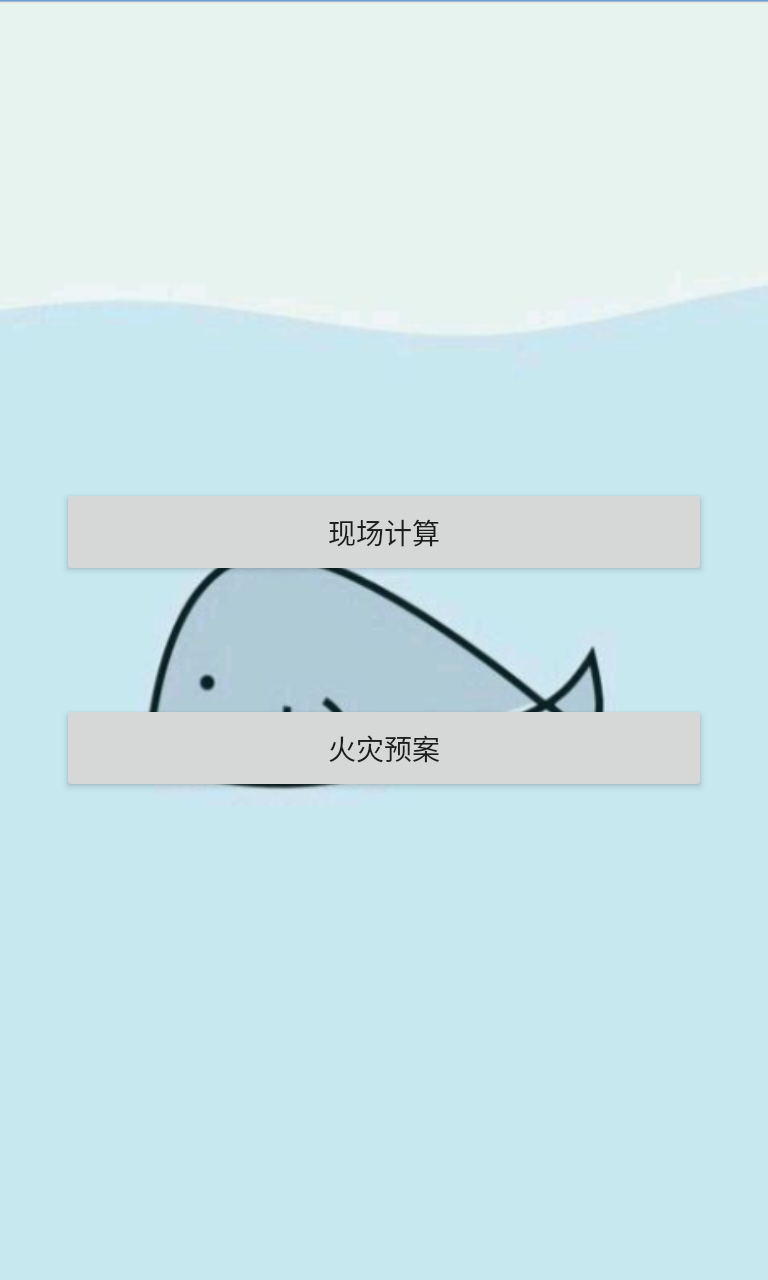
Repository: hohoTT/fireWork_handle_app
Layout: fireWork_handle_app/res/layout/activity_main.xml
These files come from the project's save history. The layout is drawn as it stood at one moment and after the next save; the edit follows.
It is drawn on a 768 x 1280 px phone screen (xhdpi) without system bars, with theme AppTheme; the app's code is not run.

Above is the layout before, as saved 2016-03-06 10:54:25.

After the next save:
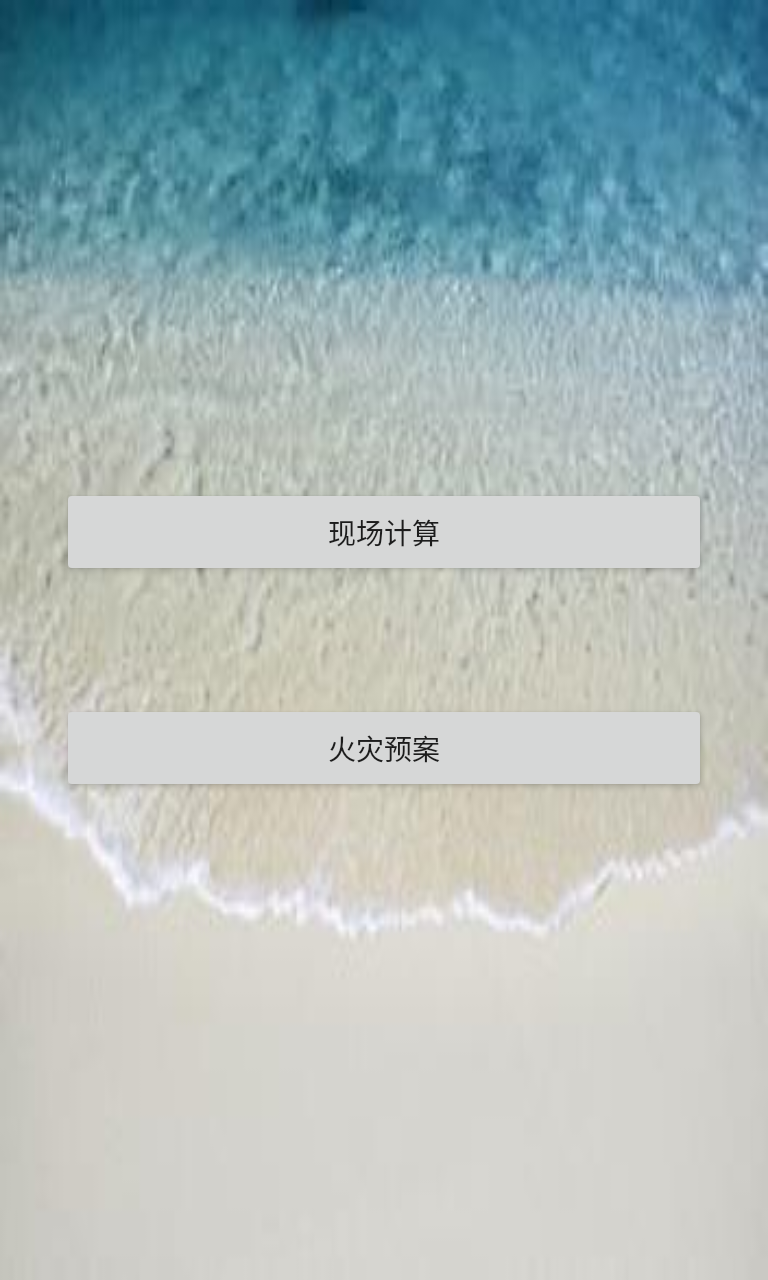
Saved 64 s later.
--- a/fireWork_handle_app/res/layout/activity_main.xml
+++ b/fireWork_handle_app/res/layout/activity_main.xml
@@ -4,7 +4,7 @@
     android:layout_height="match_parent"
     android:gravity="center_vertical"
     android:orientation="vertical"
-    android:background="@drawable/bg1" >
+    android:background="@drawable/bg2" >
 
 	<Button
 	    android:id="@+id/btu_fire_calculate"

After the save that followed:
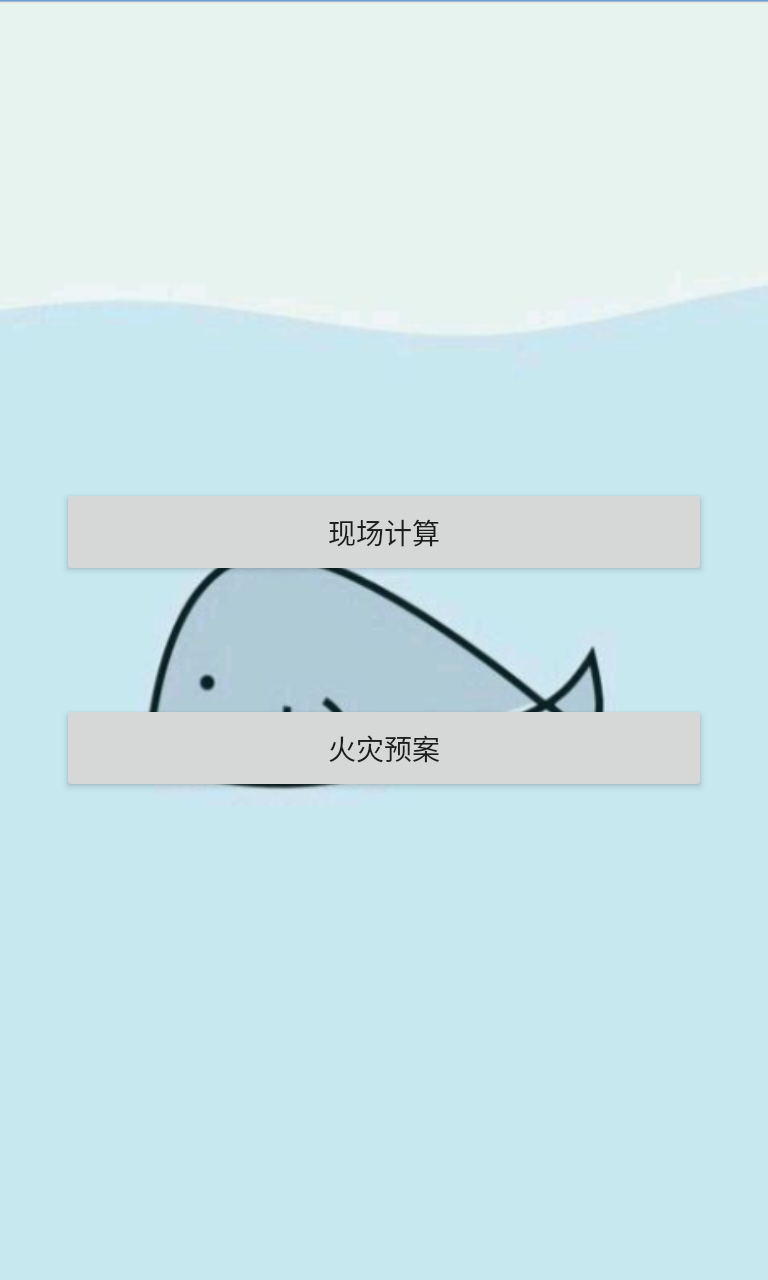
Saved 44 s later.
--- a/fireWork_handle_app/res/layout/activity_main.xml
+++ b/fireWork_handle_app/res/layout/activity_main.xml
@@ -4,7 +4,7 @@
     android:layout_height="match_parent"
     android:gravity="center_vertical"
     android:orientation="vertical"
-    android:background="@drawable/bg2" >
+    android:background="@drawable/bg1" >
 
 	<Button
 	    android:id="@+id/btu_fire_calculate"
